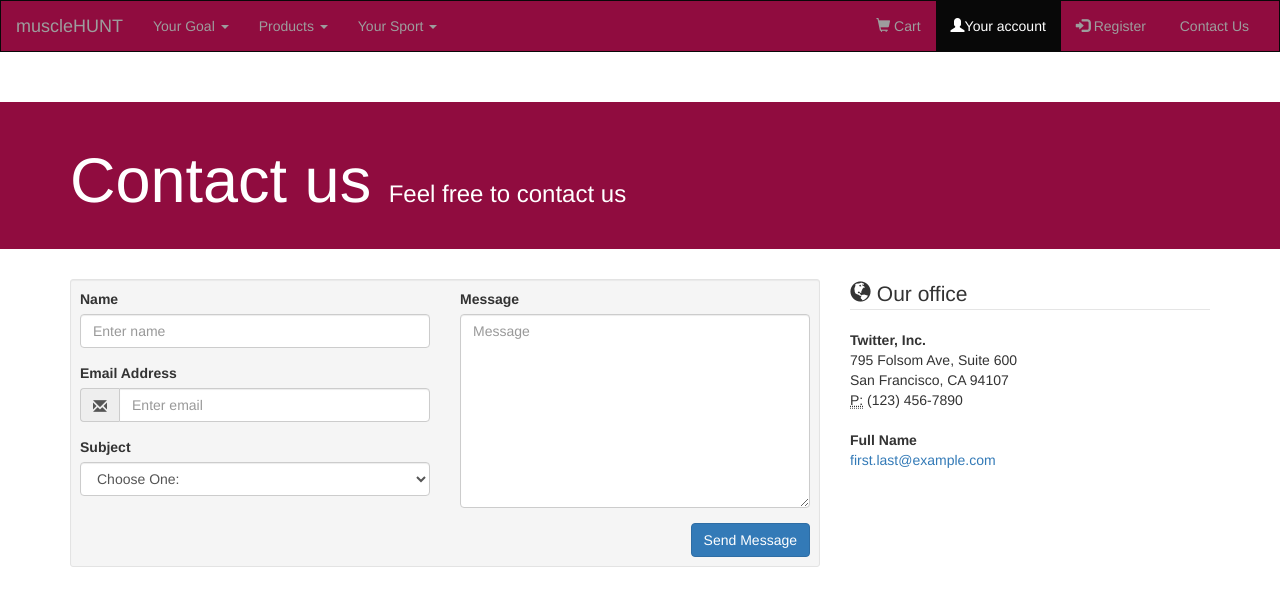
Repository: sunnypunia/SUNNY1
Page: http://localhost/MuscleHunt/WEB-INF/jsp/contactus.jsp
These files come from the project's save history. The page is drawn as it stood at one moment and after the next save; the edit follows.
The browser window is 1280 px wide. The pictures show the whole page.
Some web libraries are served in a nearby version. The page is served by Tomcat 9. Nobody is signed in. The template is opened directly, without the code that normally fills it, so the values that code supplies are empty.

Above is the page before, as saved 2017-01-09 11:30:02.

After the next save:
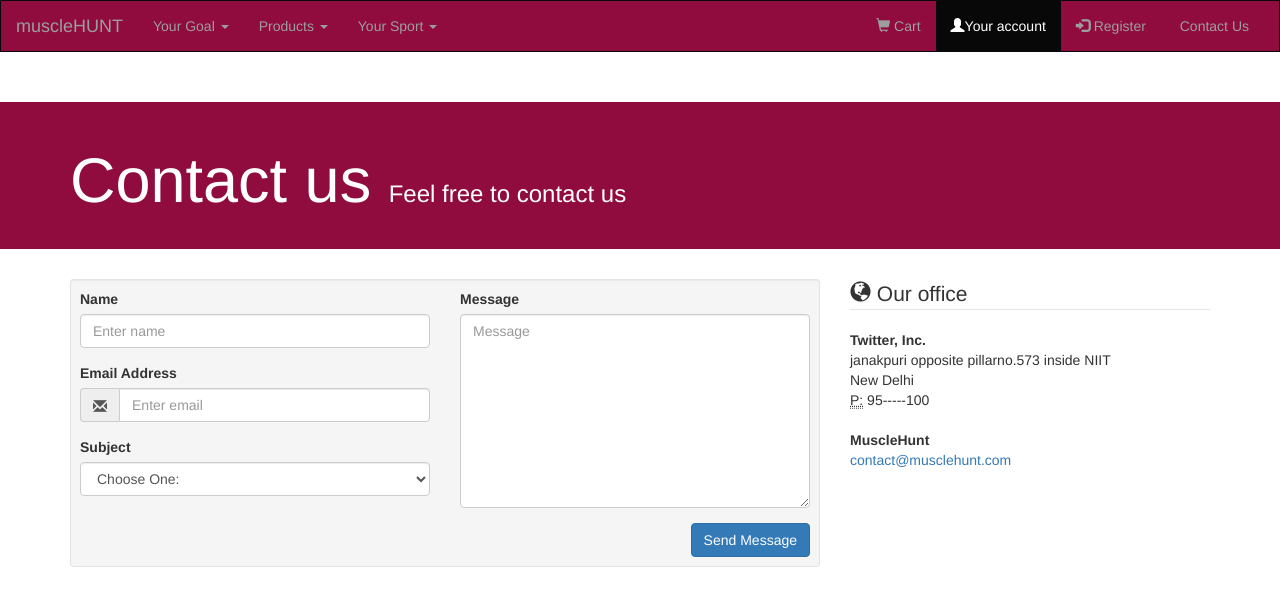
Saved 2 min 52 s later.
--- a/MuscleHunt/src/main/webapp/WEB-INF/jsp/contactus.jsp
+++ b/MuscleHunt/src/main/webapp/WEB-INF/jsp/contactus.jsp
@@ -161,15 +161,16 @@ font-size: 24px;
             <legend><span class="glyphicon glyphicon-globe"></span> Our office</legend>
             <address>
                 <strong>Twitter, Inc.</strong><br>
-                795 Folsom Ave, Suite 600<br>
-                San Francisco, CA 94107<br>
+                janakpuri opposite pillarno.573
+                inside NIIT<br>
+               New Delhi<br>
                 <abbr title="Phone">
                     P:</abbr>
-                (123) 456-7890
+                95-----100
             </address>
             <address>
-                <strong>Full Name</strong><br>
-                <a href="mailto:#">first.last@example.com</a>
+                <strong>MuscleHunt</strong><br>
+                <a href="mailto:#">contact@musclehunt.com</a>
             </address>
             </form>
         </div>
